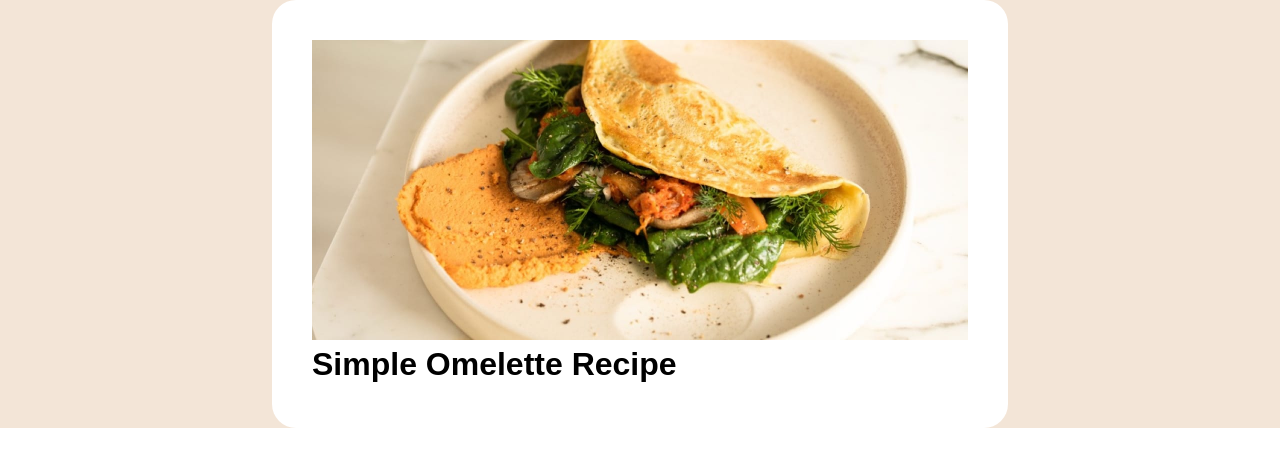
Repository: brandontaylor1/recipe-page
Page: index.html
The author's editor kept a copy of each file at every save. The page is drawn from the files as they stood at one save, then again after the next save.
The browser window is 1280 px wide. The pictures show the whole page.

Above is the page before, as saved 2024-12-28 21:45:18.

### index.html
<!DOCTYPE html>
<html lang="en">
<head>
    <meta charset="UTF-8">
    <meta name="viewport" content="width=device-width, initial-scale=1.0">
    <link rel="preconnect" href="https://fonts.googleapis.com">
    <link rel="preconnect" href="https://fonts.gstatic.com" crossorigin>
    <link href="https://fonts.googleapis.com/css2?family=Outfit:wght@100..900&family=Young+Serif&display=swap" rel="stylesheet">
    <link rel="stylesheet" href="styles.css">
    <title>Recipe Page</title>
</head>
<body>
    <main class="container">
        <div class="recipe-card">
            <img src="./assets/images/image-omelette.jpeg" alt="recipe-image">
            <h1>Simple Omelette Recipe</h1>
        </div>


    </main>



    <script src="index.js"></script>
</body>
</html>

### styles.css
*,
*::before,
*::after {
    box-sizing: border-box;
}

body,
h1,
h2,
h3,
h4,
h5,
h6,
p,
figure,
picture {
    margin: 0;
}

body {
    line-height: 1.5;
    min-height: 100vh;
}

img,
picture {
    max-width: 100%;
    display: block;
}

input,
button,
textarea,
select {
    font: inherit;
}

@media (prefers-reduced-motion: reduce) {
    *,
    *::before,
    *::after {
      animation-duration: 0.01ms !important;
      animation-iteration-count: 1 !important;
      transition-duration: 0.01ms !important;
      scroll-behavior: auto !important;
    }
  }

  /* UTILITY CLASSES */
  /* .flex{
    display: flex;
    gap: var(--gap, 1rem);
  }

  .grid {
    display: grid;
    gap: var(--gap, 1rem);
  }

  .container {
    padding: 0 2rem;
    margin: 0 auto;
    max-width: 80rem;
  }

  .sr-only {
    position: absolute;
    width: 1px;
    height: 1px;
    padding: 0;
    margin: -1px;
    overflow: hidden;
    clip: rect(0, 0, 0, 0);
    white-space: nowrap;
    border-width: 0;
  }

  .backgroundColor {
    background-color: var(--color-rose-50);
  } */




:root {
    /* COLORS */
    --color-rose-800: #7A284E;
    --color-rose-50: #FFF7FB;

    --color-stone-900: #312E2C;
    --color-stone-600: #5F564D;
    --color-stone-150: #E3DDD7;
    --color-stone-100: #F3E5D7;

    --color-brown-800: #854632;

    --color-white: #FFFFFF;
    --color-black: #000000;

    /* FONTS */
    /* @font-face {
        font-family: "YoungSerif-Regular", sans-serif;
        src: url(./fonts/YoungSerif-Regular.ttf) format('ttf');
    }

    @font-face {
        font-family: "Outfit-SemiBold", sans-serif;
        src: url(./fonts/Outfit-SemiBold.ttf) format('ttf');
    }

    @font-face {
        font-family: "Outfit-Bold", sans-serif;
        src: url(./fonts/Outfit-Bold.ttf) format('ttf');
    }

    @font-face {
        font-family: "Outfit-Regular", sans-serif;
        src: url(./fonts/Outfit-Regular.ttf) format('ttf');
    } */

    /* FONT SIZES */
    /* --fs-h1: 9.375rem;
    --fs-h2: 1.75rem;
    --fs-h3: 1.25rem;
    --fs-p: 1rem; */

}

.container {
    display: flex;
    flex-direction: column;
    align-items: center;
    justify-content: center;
    padding: 0 2rem;
    margin: 0 auto;
    max-width: 80rem;
    background-color: var(--color-stone-100);

}

.recipe-card {
    width: 736px;
    padding: 40px;
    background-color: var(--color-white);
    border-radius: 24px;

}

.recipe-card h1 {
    font-family: "young-serif-regular", sans-serif;
}

Loaded but not shown: index.js (common file)

After the next save:
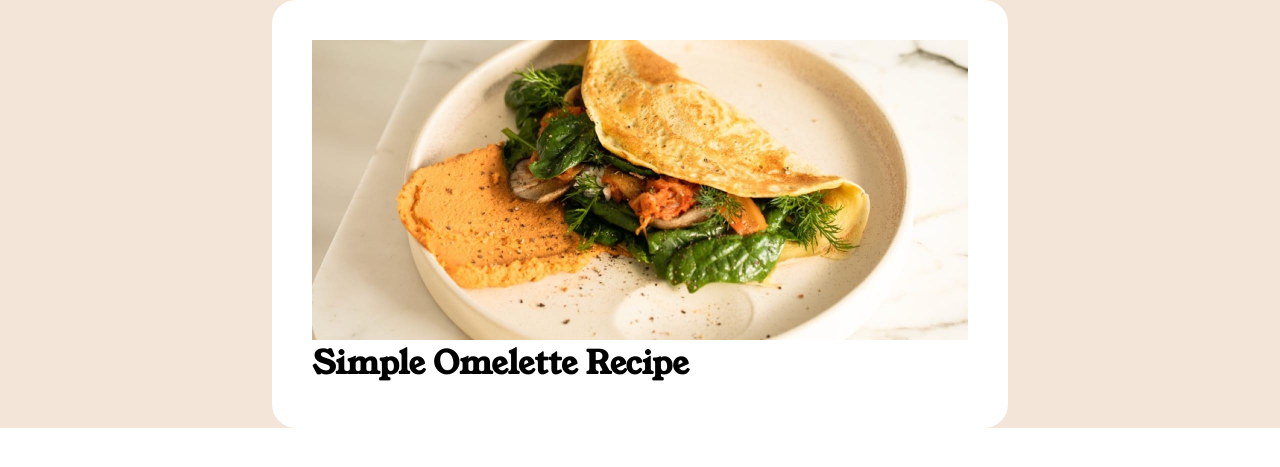
Saved 21 s later.
--- a/styles.css
+++ b/styles.css
@@ -147,5 +147,5 @@ select {
 }
 
 .recipe-card h1 {
-    font-family: "young-serif-regular", sans-serif;
+    font-family: "Young Serif", sans-serif;
 }
